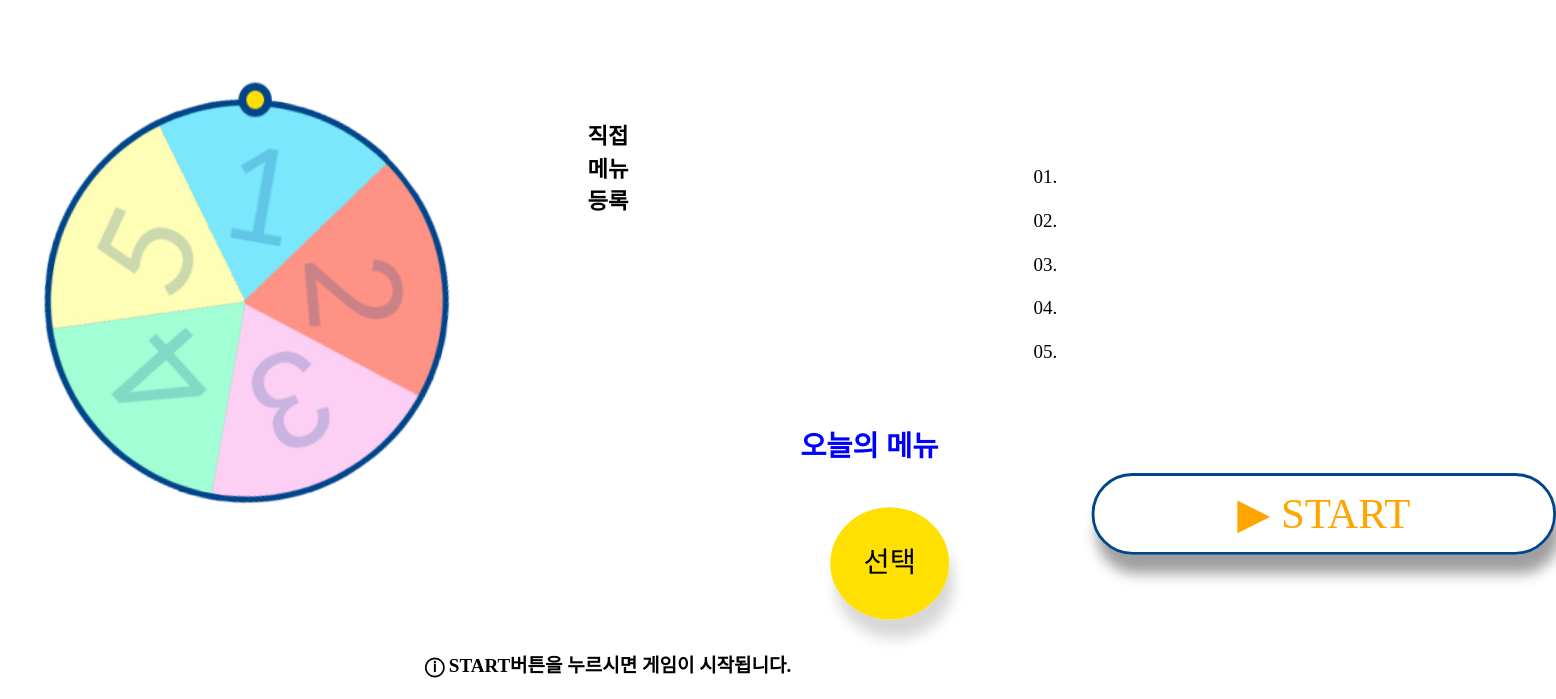
Repository: hkh00700/JustDoEat_Web
Page: http://localhost/justdoeat/WEB-INF/views/game/roulette.jsp
These files come from the project's save history. The page is drawn as it stood at one moment and after a run of saves; the edit follows.
The browser window is 1280 px wide. The page is 1638 px wide, so the pictures cover 1638 px, including what lies to the right of the window. The pictures show the whole page, at 95% of full size.
The page is served by Tomcat 9. Nobody is signed in. Other server files are loaded and not shown. The template is opened directly, without the code that normally fills it, so the values that code supplies are empty.

Above is the page before, as saved 2021-05-19 02:10:26.
Console error: ReferenceError: $ is not defined

### justdoeat/src/main/webapp/WEB-INF/views/game/roulette.jsp
<%@ page language="java" contentType="text/html; charset=UTF-8"
    pageEncoding="UTF-8"%>
<%@taglib uri="http://java.sun.com/jsp/jstl/core" prefix="c" %>
<!DOCTYPE html>
<html>
<head>
<meta charset="UTF-8">
<title>Insert title here</title>





<style type="text/css">


	@keyframes rotation {
		int random = getRandom(360);
		float fromAngle = random+720+angle;

	   from {
	     transform: rotate(0deg);
	   }
	   to {
	     transform: rotate(3250deg);
	   }
	 }


.roulette.loop {
  animation: rotation 7s ease-in-out forwards;
}

.content{
position:relative;
height: 720px;
text-align: center;
font-size: 20px;
}
h3{
position:absolute;
margin-top:-350px;
margin-left: 600px;
right: 600px;

}
.num{
position:absolute;
margin-left: 1080px;
margin-top:-300px;

}
.menu{
position:absolute;
margin-left: 1160px;
margin-top: -300px;
}

.content img{

 width: 425.8px;
  height: 425.8px;
  margin: 19.4px 0 0;
  padding: 1.6px 56.6px 9.7px 46.9px;
  position:relative;
  top:70px;
  left: -600px;

}

#pin{
z-index:1;
position:relative;
left:-105px;
margin-top:100px;
width: 35px;
height: 36px;
margin: 0 194.9px 409.2px 195.9px;
padding: 9px 8px 8px;
}
h2{
margin-left:550px;
margin-top:-30px;
color: blue;

}
.content2 a:first-of-type{
width: 650px;
height: 120px;
margin: 40px 23px 42px 30px;
padding: 15px 150px 15px 150px;
border-radius: 60px;
box-shadow: 5px 20px 15px 0 rgba(0, 0, 0, 0.38);
border: solid 3px #00458a;
text-align: center;
font-size: 45px;
position: relative;
left: 750px;
color: orange;
}
.select{
 width: 100px;
  height: 100px;
  margin: 40px 157px 42px 23px;
  padding: 41px 35px 44px;
  box-shadow: 5px 20px 15px 0 rgba(0, 0, 0, 0.16);
  background-color: #ffe000;
  border-radius: 50%;
  font-size: 30px;
  margin-left: 750px;
}
.content2 img{
position: absolute;
top:-100px;
}
.roulette{
	 transform: rotate(0deg);
	 animation: rotation 5s ease-in-out forwards;
}

</style>
</head>
<body>
<div class="content">
<img src='imgs/pin.png'alt="룰렛" id="pin"/>
<img src='imgs/roulette.png' alt="룰렛" class="roulette"/>
	<h3>직접 메뉴 등록</h3>
	<div class="num">
	01.<br/><br/>
	02.<br/><br/>
	03.<br/><br/>
	04.<br/><br/>
	05.<br/><br/>
	</div>
	<div class="menu">
	 <c:forEach items="${edtos }" var="vo">
		 ${vo.food }            <br/><hr/>
	</c:forEach>
	</div>
	<div class="content2">
	<h2>오늘의 메뉴</h2>
	<a class="trigger" onclick="start_click()">▶ START</a><img src='imgs/reset.png' alt="다시추천"/><a class='select'>선택</a>
	<br/><br/><br/><h4>ⓘ START버튼을 누르시면 게임이 시작됩니다.</h4>
	</div>
</div>
<script type="text/javascript">
$(function(){

})
function start_click() {
		alert("게임시작")

	}
// const roulette = document.querySelector(".roulette");
// const trigger = document.querySelector(".trigger");
// trigger.addEventListener("click", onClickTrigger);

// function onClickTrigger(e) {
//   roulette.classList.add("loop");
// }

// float rnd = Random.Range(0.0f, 0.5f);

// this.transform.rotation = Quaternion.Euler(and, 0.0f, 0.0f);

// Math.floor(Math.rand()*100)


// $('.trigger').click function {
// 	@keyframes rotation {
// 		int random = getRandom(360);
// 		float fromAngle = random+720+angle;

// 	   from {
// 	     transform: rotate(0deg);
// 	   }
// 	   to {
// 	     transform: rotate(720 deg);
// 	   }
// 	 }
// 	});
</script>
</body>
</html>

After the next 3 saves:
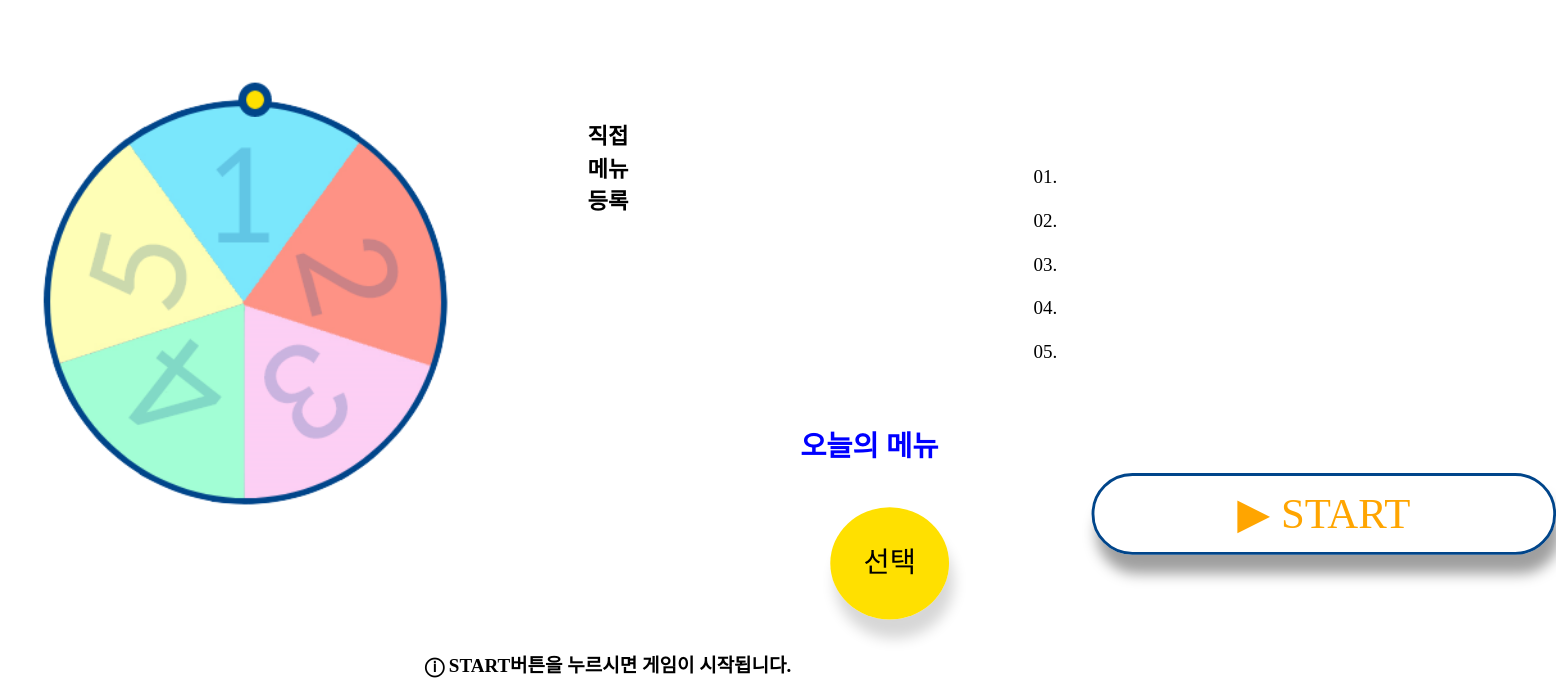
The 3 saves are shown as one change because they came seconds apart.
The last was saved 59 s later.
--- a/justdoeat/src/main/webapp/WEB-INF/views/game/roulette.jsp
+++ b/justdoeat/src/main/webapp/WEB-INF/views/game/roulette.jsp
@@ -13,7 +13,7 @@
 
 <style type="text/css">
 
-
+.trigger {
 	@keyframes rotation {
 		int random = getRandom(360);
 		float fromAngle = random+720+angle;
@@ -25,6 +25,7 @@
 	     transform: rotate(3250deg);
 	   }
 	 }
+}
 
 
 .roulette.loop {
@@ -139,7 +140,7 @@
 	</div>
 	<div class="content2">
 	<h2>오늘의 메뉴</h2>
-	<a class="trigger" onclick="start_click()">▶ START</a><img src='imgs/reset.png' alt="다시추천"/><a class='select'>선택</a>
+	<a onclick="start_click()">▶ START</a><img src='imgs/reset.png' alt="다시추천"/><a class='select'>선택</a>
 	<br/><br/><br/><h4>ⓘ START버튼을 누르시면 게임이 시작됩니다.</h4>
 	</div>
 </div>

After the save that followed:
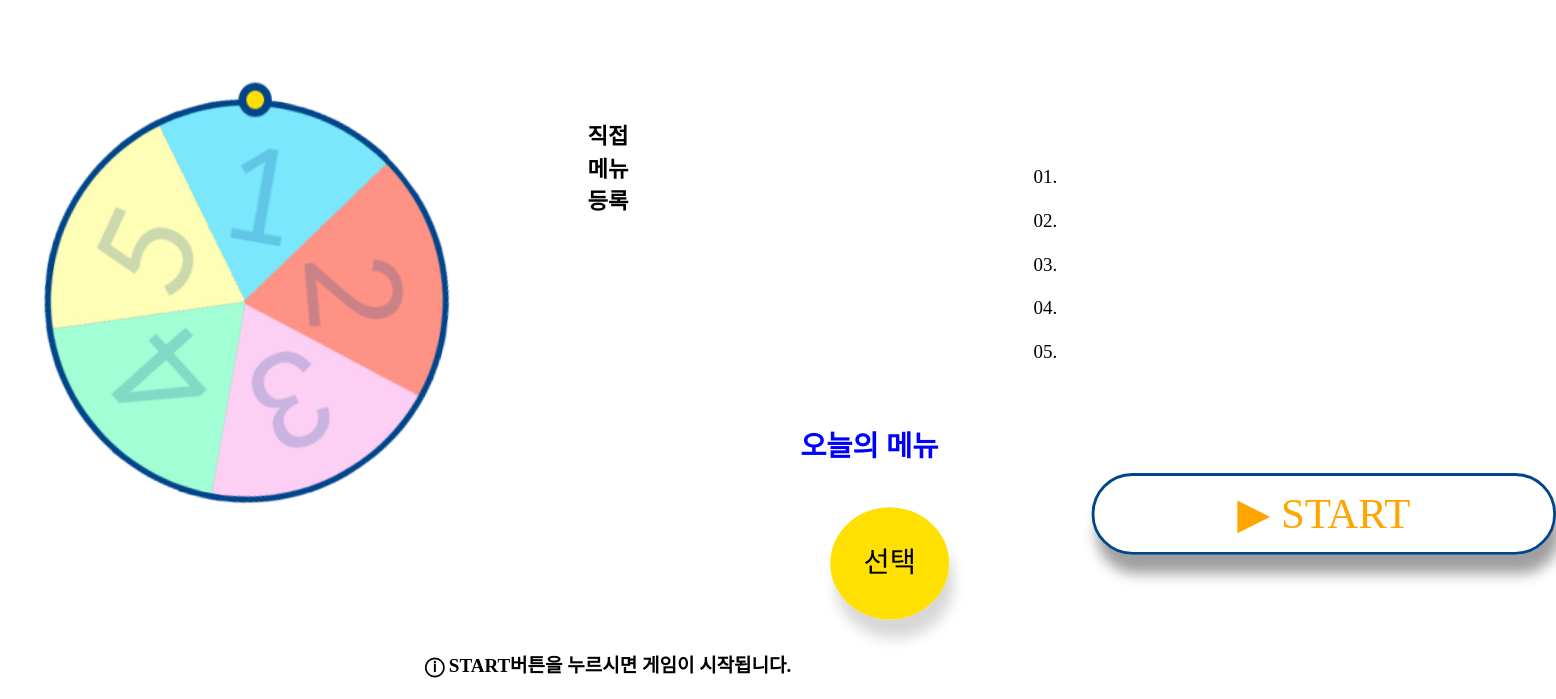
Saved 6 min 20 s later.
--- a/justdoeat/src/main/webapp/WEB-INF/views/game/roulette.jsp
+++ b/justdoeat/src/main/webapp/WEB-INF/views/game/roulette.jsp
@@ -13,10 +13,9 @@
 
 <style type="text/css">
 
-.trigger {
 	@keyframes rotation {
-		int random = getRandom(360);
-		float fromAngle = random+720+angle;
+/* 		int random = getRandom(360); */
+/* 		float fromAngle = random+720+angle; */
 
 	   from {
 	     transform: rotate(0deg);
@@ -25,7 +24,6 @@
 	     transform: rotate(3250deg);
 	   }
 	 }
-}
 
 
 .roulette.loop {
@@ -140,7 +138,7 @@
 	</div>
 	<div class="content2">
 	<h2>오늘의 메뉴</h2>
-	<a onclick="start_click()">▶ START</a><img src='imgs/reset.png' alt="다시추천"/><a class='select'>선택</a>
+	<a id="trigger" onclick="start_click()">▶ START</a><img src='imgs/reset.png' alt="다시추천"/><a class='select'>선택</a>
 	<br/><br/><br/><h4>ⓘ START버튼을 누르시면 게임이 시작됩니다.</h4>
 	</div>
 </div>
